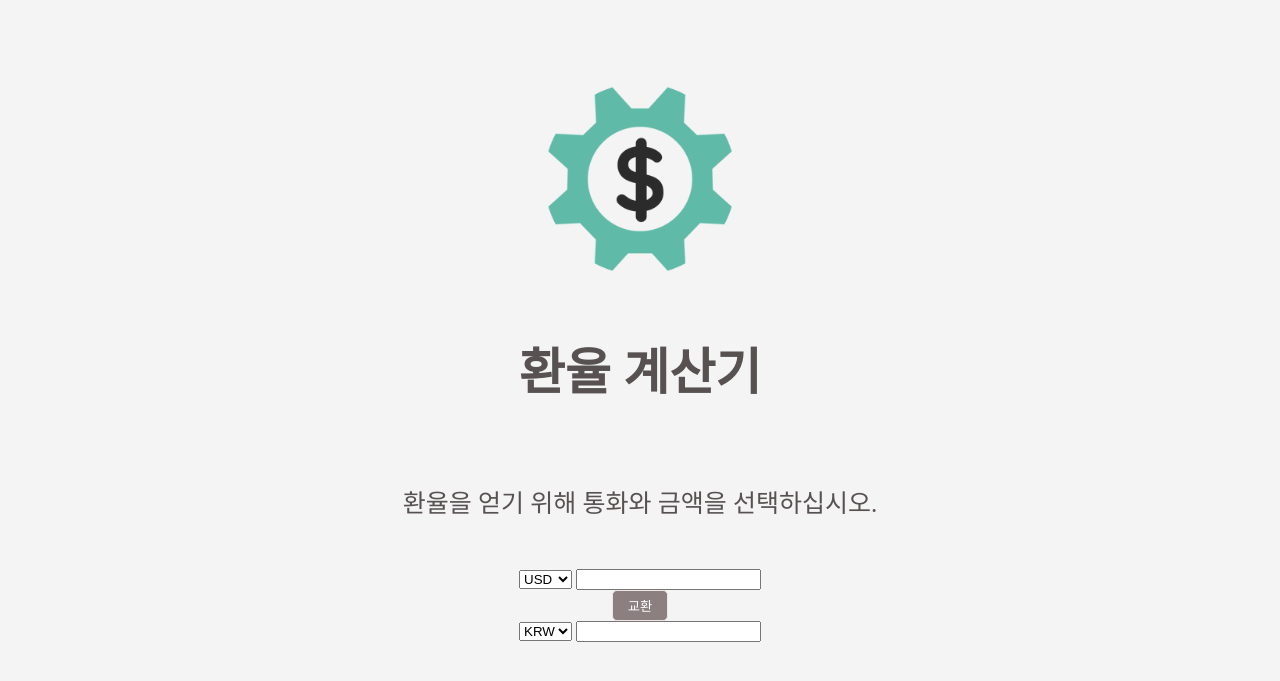
Repository: AbrorjonKuchkarov/exchange-rate
Page: index.html
An editor plug-in stored every save of this project. The page is shown before and after the next save, followed by the edit.
The browser window is 1280 px wide. The pictures show the whole page.

Above is the page before, as saved 2022-02-24 01:25:05.

### index.html
<!DOCTYPE html>
<html lang="en">
<head>
   <meta charset="UTF-8">
   <meta http-equiv="X-UA-Compatible" content="IE=edge">
   <meta name="viewport" content="width=device-width, initial-scale=1.0">
<link rel="stylesheet" href="style.css">
   <title>환율</title>
</head>
<body>
   <img src="img/money.png" alt="">
   <h1>환율 계산기 </h1>
   <p>환율을 얻기 위해 통화와 금액을 선택하십시오.</p>

   <div class="container">
      <div class="currency">
         <select id="selectOne">
            <option value="AED">AED</option>
            <option value="ARS">ARS</option>
            <option value="AUD">AUD</option>
            <option value="BGN">BGN</option>
            <option value="BRL">BRL</option>
            <option value="BSD">BSD</option>
            <option value="CAD">CAD</option>
            <option value="CHF">CHF</option>
            <option value="CLP">CLP</option>
            <option value="CNY">CNY</option>
            <option value="COP">COP</option>
            <option value="CZK">CZK</option>
            <option value="DKK">DKK</option>
            <option value="DOP">DOP</option>
            <option value="EGP">EGP</option>
            <option value="EUR">EUR</option>
            <option value="FJD">FJD</option>
            <option value="GBP">GBP</option>
            <option value="GTQ">GTQ</option>
            <option value="HKD">HKD</option>
            <option value="HRK">HRK</option>
            <option value="HUF">HUF</option>
            <option value="IDR">IDR</option>
            <option value="ILS">ILS</option>
            <option value="INR">INR</option>
            <option value="ISK">ISK</option>
            <option value="JPY">JPY</option>
            <option value="KRW">KRW</option>
            <option value="KZT">KZT</option>
            <option value="MXN">MXN</option>
            <option value="MYR">MYR</option>
            <option value="NOK">NOK</option>
            <option value="NZD">NZD</option>
            <option value="PAB">PAB</option>
            <option value="PEN">PEN</option>
            <option value="PHP">PHP</option>
            <option value="PKR">PKR</option>
            <option value="PLN">PLN</option>
            <option value="PYG">PYG</option>
            <option value="RON">RON</option>
            <option value="RUB">RUB</option>
            <option value="SAR">SAR</option>
            <option value="SEK">SEK</option>
            <option value="SGD">SGD</option>
            <option value="THB">THB</option>
            <option value="TRY">TRY</option>
            <option value="TWD">TWD</option>
            <option value="UAH">UAH</option>
            <option value="USD" selected>USD</option>
            <option value="UYU">UYU</option>
            <option value="VND">VND</option>
            <option value="ZAR">ZAR</option>
         </select>
         <input type="number" class="inputOne" >
      </div>

      <div class="swap">
         <button class="btn">교환</button>
         <div class="rate"></div>
      </div>

      <div class="currency">
         <select id="selectTwo">
         <option value="AED">AED</option>
         <option value="ARS">ARS</option>
         <option value="AUD">AUD</option>
         <option value="BGN">BGN</option>
         <option value="BRL">BRL</option>
         <option value="BSD">BSD</option>
         <option value="CAD">CAD</option>
         <option value="CHF">CHF</option>
         <option value="CLP">CLP</option>
         <option value="CNY">CNY</option>
         <option value="COP">COP</option>
         <option value="CZK">CZK</option>
         <option value="DKK">DKK</option>
         <option value="DOP">DOP</option>
         <option value="EGP">EGP</option>
         <option value="EUR">EUR</option>
         <option value="FJD">FJD</option>
         <option value="GBP">GBP</option>
         <option value="GTQ">GTQ</option>
         <option value="HKD">HKD</option>
         <option value="HRK">HRK</option>
         <option value="HUF">HUF</option>
         <option value="IDR">IDR</option>
         <option value="ILS">ILS</option>
         <option value="INR">INR</option>
         <option value="ISK">ISK</option>
         <option value="JPY">JPY</option>
         <option value="KRW" selected>KRW</option>
         <option value="KZT">KZT</option>
         <option value="MXN">MXN</option>
         <option value="MYR">MYR</option>
         <option value="NOK">NOK</option>
         <option value="NZD">NZD</option>
         <option value="PAB">PAB</option>
         <option value="PEN">PEN</option>
         <option value="PHP">PHP</option>
         <option value="PKR">PKR</option>
         <option value="PLN">PLN</option>
         <option value="PYG">PYG</option>
         <option value="RON">RON</option>
         <option value="RUB">RUB</option>
         <option value="SAR">SAR</option>
         <option value="SEK">SEK</option>
         <option value="SGD">SGD</option>
         <option value="THB">THB</option>
         <option value="TRY">TRY</option>
         <option value="TWD">TWD</option>
         <option value="UAH">UAH</option>
         <option value="USD">USD</option>
         <option value="UYU">UYU</option>
         <option value="VND">VND</option>
         <option value="ZAR">ZAR</option>
      </select>
      <input type="number" class="inputTwo" >
      </div>
   </div>




   <script src="app.js"></script>
</body>
</html>

### style.css
*{
   box-sizing: border-box;
}

body {
   margin: 0;
   display: flex;
   flex-direction: column;
   align-items: center;
   justify-content: center;
   height: 100vh;
   background-color: #f4f4f4;
   padding: 10px;
}

img {
   width: 200px;
}

h1{
   font-size: 50px;
   color: #575151;
   padding: 20px 0;
}

p{
   color: #575151;
   font-size: 25px;
   padding-bottom: 25px;
}

.btn{
   padding: 5px 15px;
   border-radius: 5px;
   border: 1px solid #f0e6e6;
   background-color: #8b7f7f;
   color: #fff;
   cursor: pointer;
}

.container {
   display: flex;
   align-items: center;
   flex-direction: column;
   justify-content: space-between;
}

Loaded but not shown: app.js (no copy from this time; the picture is the same without it)

After the next save:
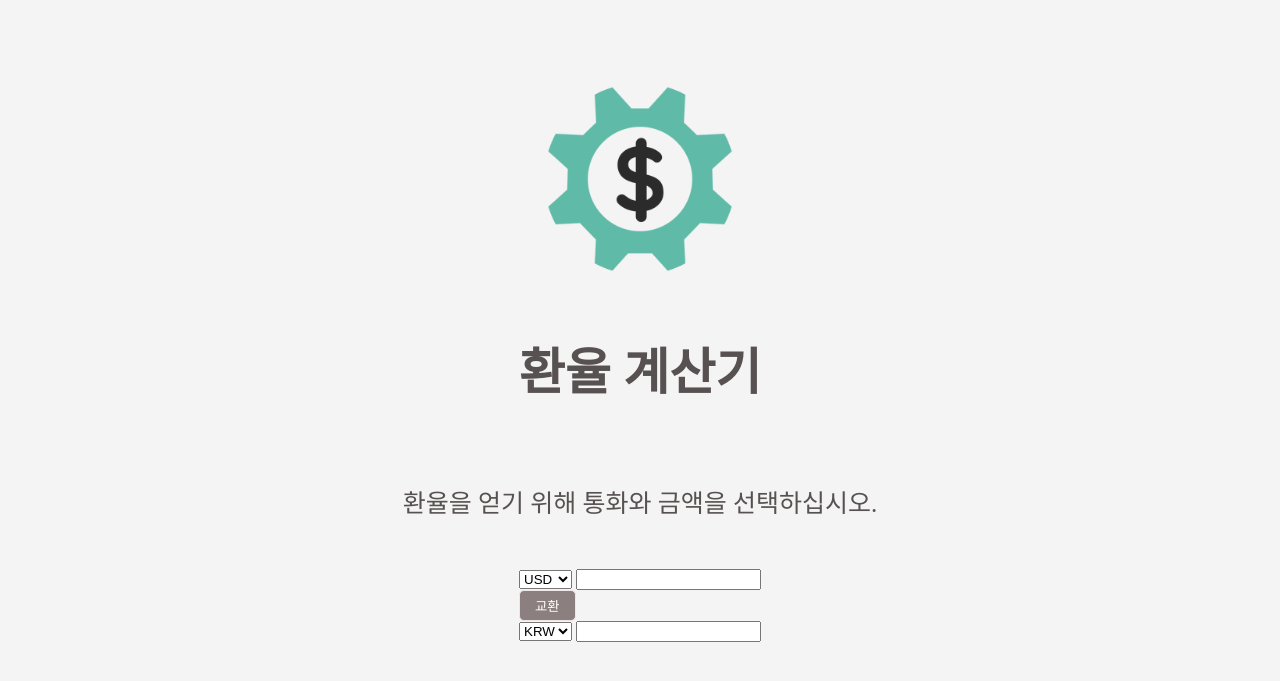
Saved 13 s later.
--- a/style.css
+++ b/style.css
@@ -39,7 +39,7 @@ p{
 }
 
 .container {
-   display: flex;
+   /* display: flex; */
    align-items: center;
    flex-direction: column;
    justify-content: space-between;
